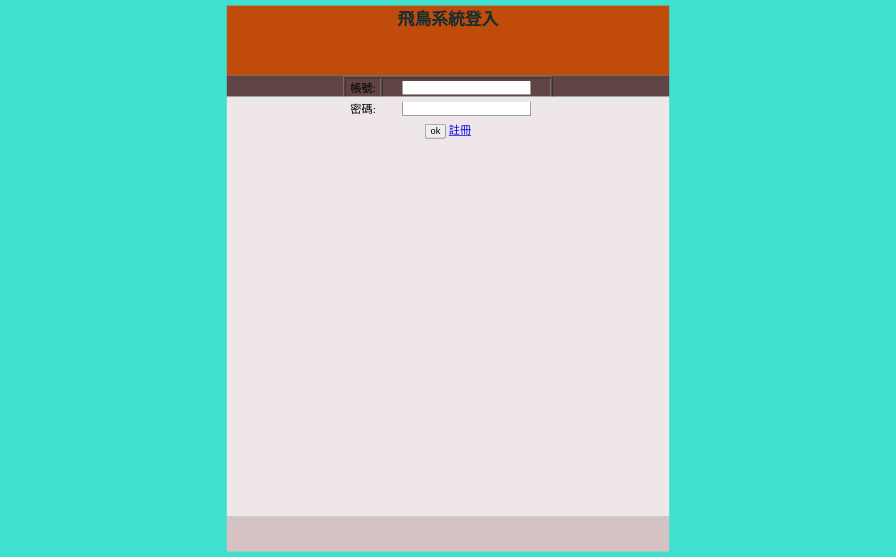
Repository: pride0420/portfolio
Page: Portfolio/1_springBoot/src/main/resources/static/index.html
The author's editor kept a copy of each file at every save. The page is drawn from the files as they stood at one save, then again after the next save.
The browser window is 1280 px wide. The pictures show the part of the page from y = 0 to 1920 px (the page is 796 px tall before and 6956 px after), at 70% of full size.

Above is the page before, as saved 2023-11-30 14:28:08.

After the next save:
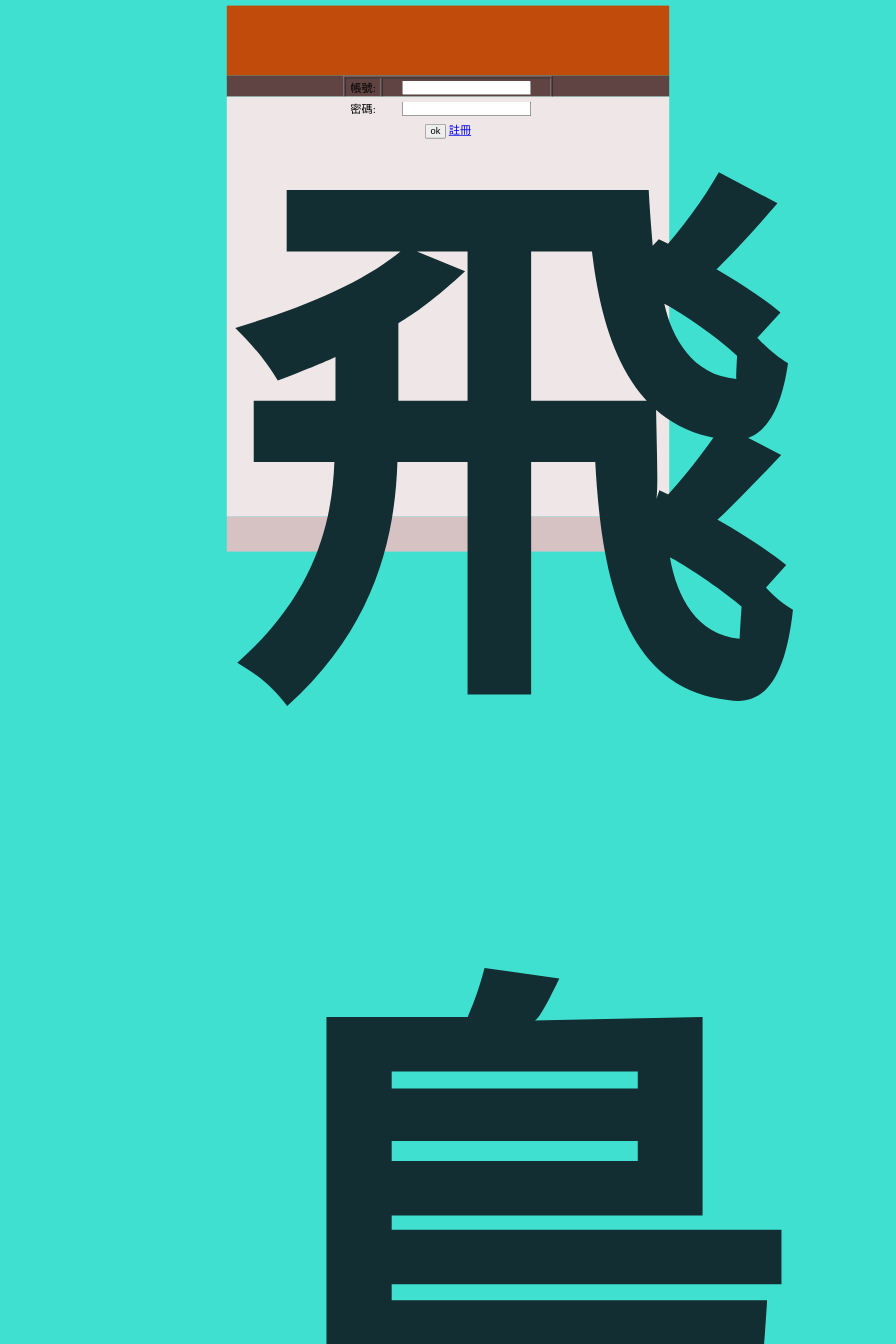
Saved 20 s later.
--- a/Portfolio/1_springBoot/src/main/resources/static/css/index.css
+++ b/Portfolio/1_springBoot/src/main/resources/static/css/index.css
@@ -9,7 +9,7 @@
 	margin-left: 25%;
 	color: #132E32;
 	font-weight:800;
-	font-size:x-large;
+	font-size:800px;
 }
 #navigater{
 

After the save that followed:
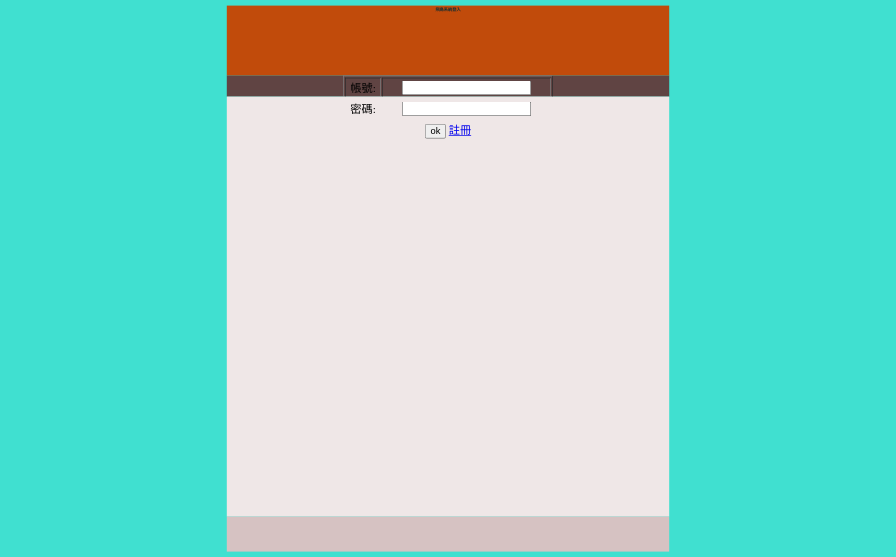
Saved 11 s later.
--- a/Portfolio/1_springBoot/src/main/resources/static/css/index.css
+++ b/Portfolio/1_springBoot/src/main/resources/static/css/index.css
@@ -9,7 +9,7 @@
 	margin-left: 25%;
 	color: #132E32;
 	font-weight:800;
-	font-size:800px;
+	font-size:25%;
 }
 #navigater{
 
